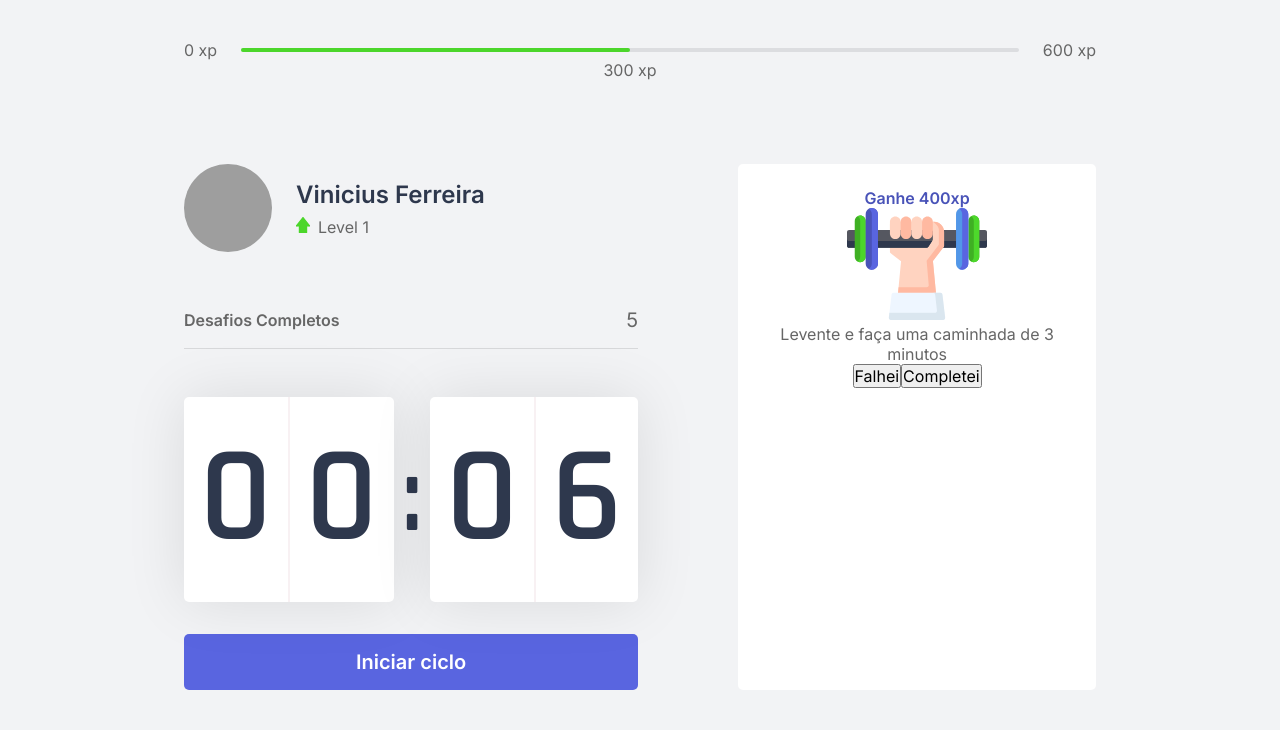
Repository: viniciusfg05/nlwFocus
Page: /
These files come from the project's save history. The page is drawn as it stood at one moment and after the next save; the edit follows.
The browser window is 1280 px wide. The pictures show the whole page.
Pictures or frames that could not be fetched are drawn as grey boxes. The project was rebuilt for these pictures with package versions that can differ from the ones it lists, and the page was loaded fresh each time. The framework's server and built-in components were replaced by stand-ins that run in the browser.

Above is the page before, as saved 2022-02-28 13:57:43.

After the next save:
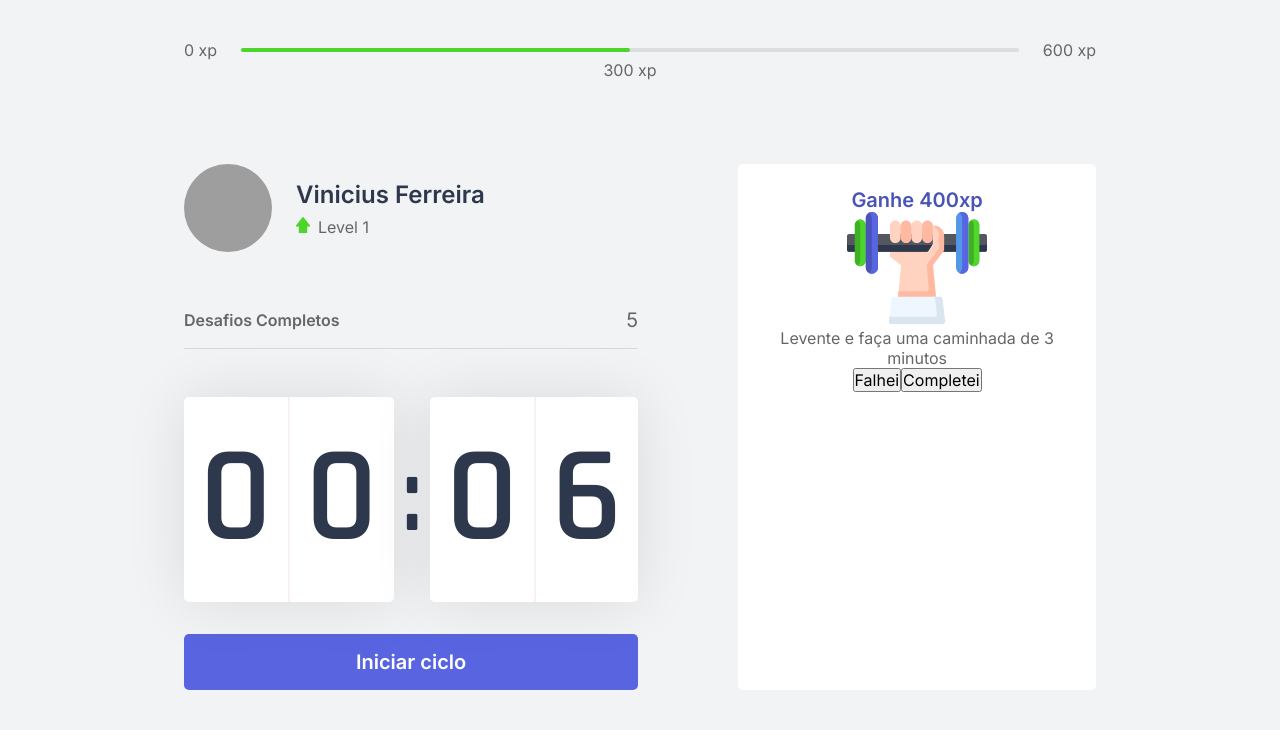
Saved 9 s later.
--- a/src/styles/components/ChallegesBox.module.css
+++ b/src/styles/components/ChallegesBox.module.css
@@ -45,4 +45,5 @@
 .ChallegesBoxActive header {
   color: var(--blue-dark);
   font-weight: 600;
+  font-size: 1.25rem;
 }
